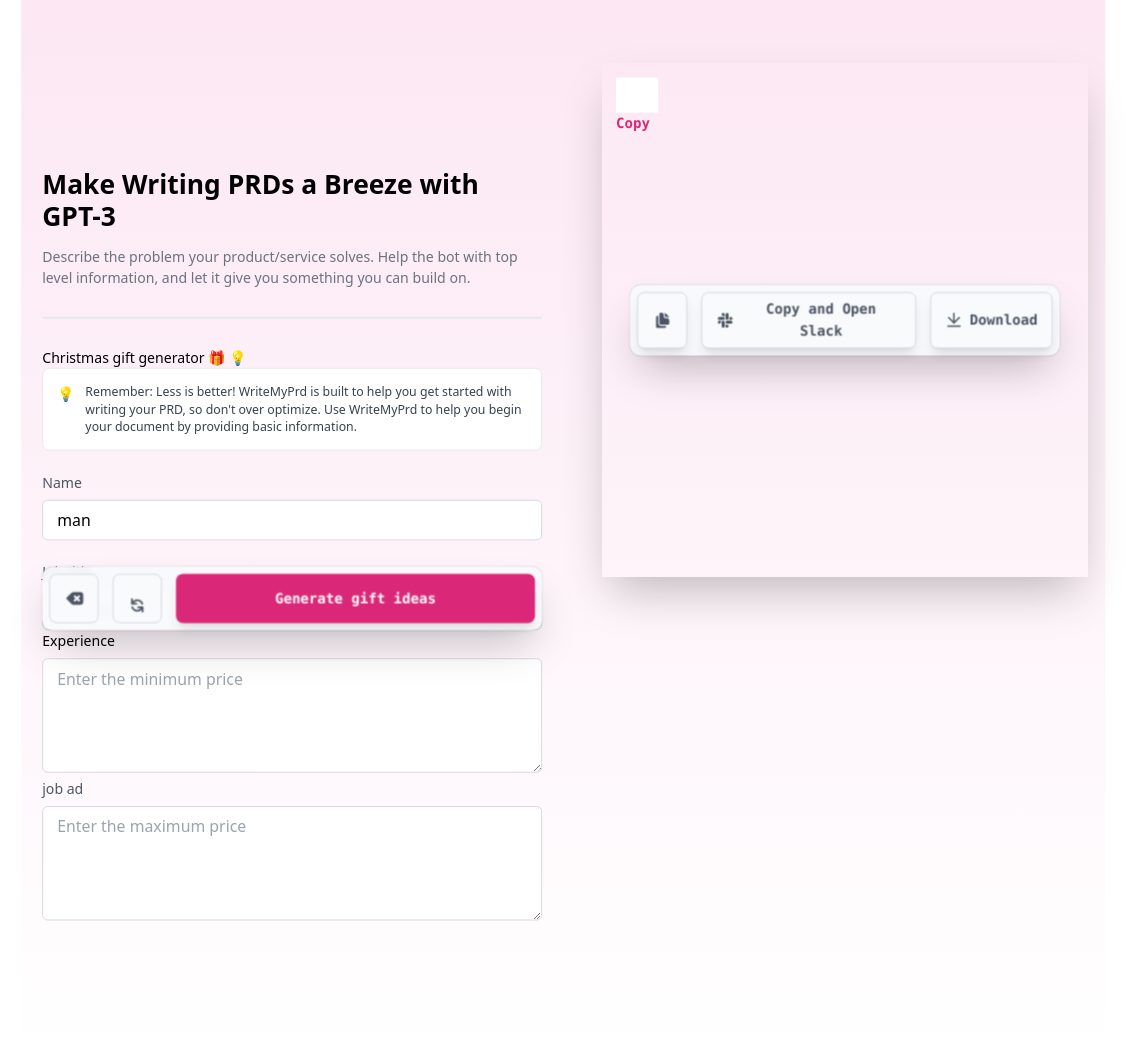
Repository: hamza-mastar/chatgpt-jpbad
Page: /
An editor plug-in stored every save of this project. The page is shown before and after the next save, followed by the edit.
The browser window is 1280 px wide. The pictures show the whole page, at 88% of full size.
The project was rebuilt for these pictures with package versions that can differ from the ones it lists, and the page was loaded fresh each time. The framework's server and built-in components were replaced by stand-ins that run in the browser.

Above is the page before, as saved 2023-01-30 16:37:45.

After the next save:
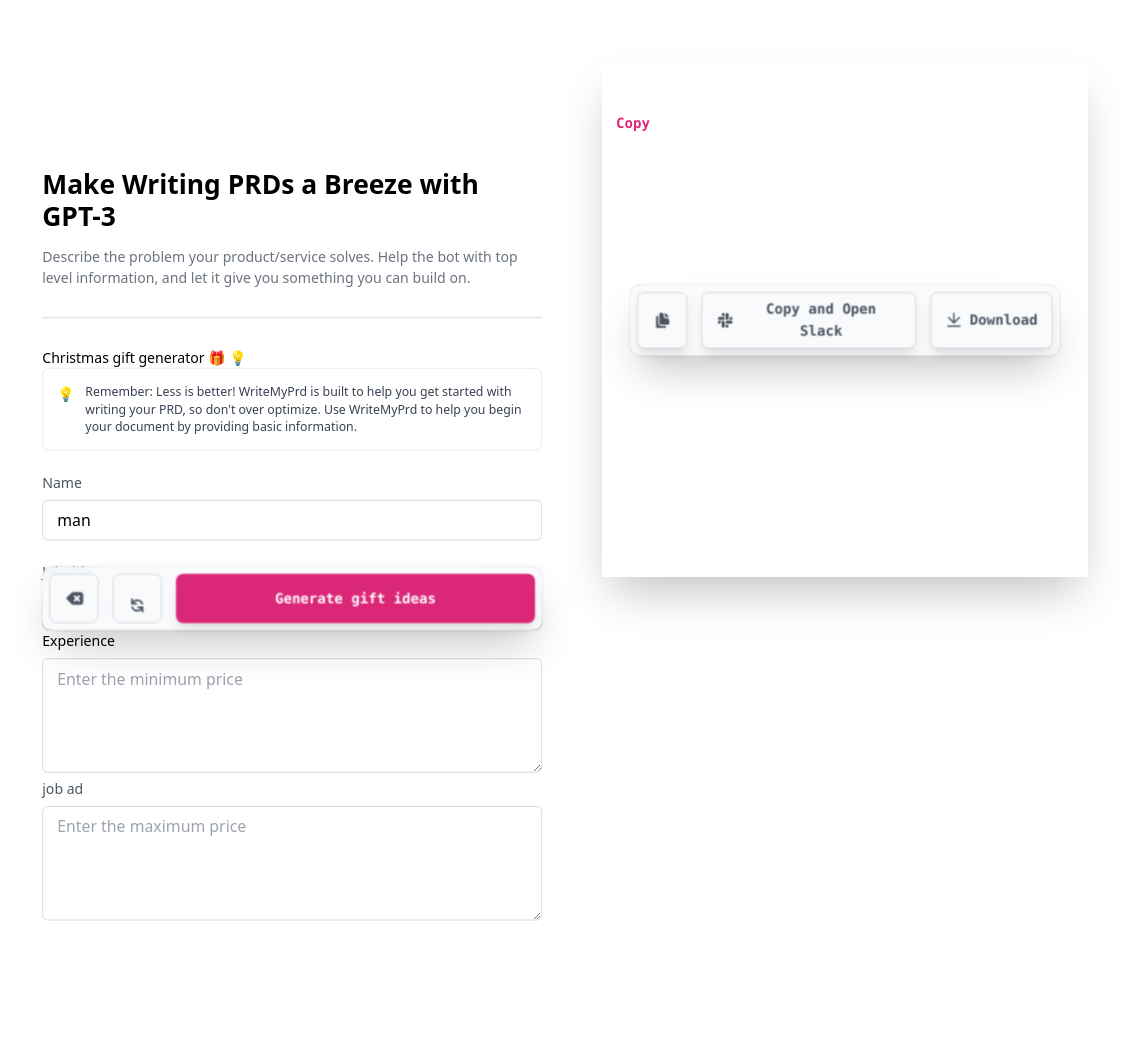
Saved 24 s later.
--- a/pages/index.js
+++ b/pages/index.js
@@ -144,8 +144,8 @@ export default function Home() {
 
           {/* loging page ////////////////// */}
 
-          {/* <div class="relative  lg:fixed right-0 bottom-0 lg:block lg:w-1/2 overflow-hidden sm:px-5 lg:h-full h-auto overflow-y-auto top-12"> */}
-            <div class="absolute inset-0 bg-gradient-to-b from-pink-100 to-white  -z-10" >
+          <div class="relative  lg:fixed right-0 bottom-0 lg:block lg:w-1/2 overflow-hidden sm:px-5 lg:h-full h-auto overflow-y-auto top-12">
+            {/* <div class="absolute inset-0 bg-gradient-to-b from-pink-100 to-white  -z-10" > */}
               <div class="relative lg:fixed right-0 bottom-0 lg:block lg:w-1/2 overflow-hidden sm:px-5 lg:h-full h-auto overflow-y-auto top-12">
                 <div class="h-auto">
                 <div class="p-6 pb-0 h-[calc(100vh-6rem)]" >
